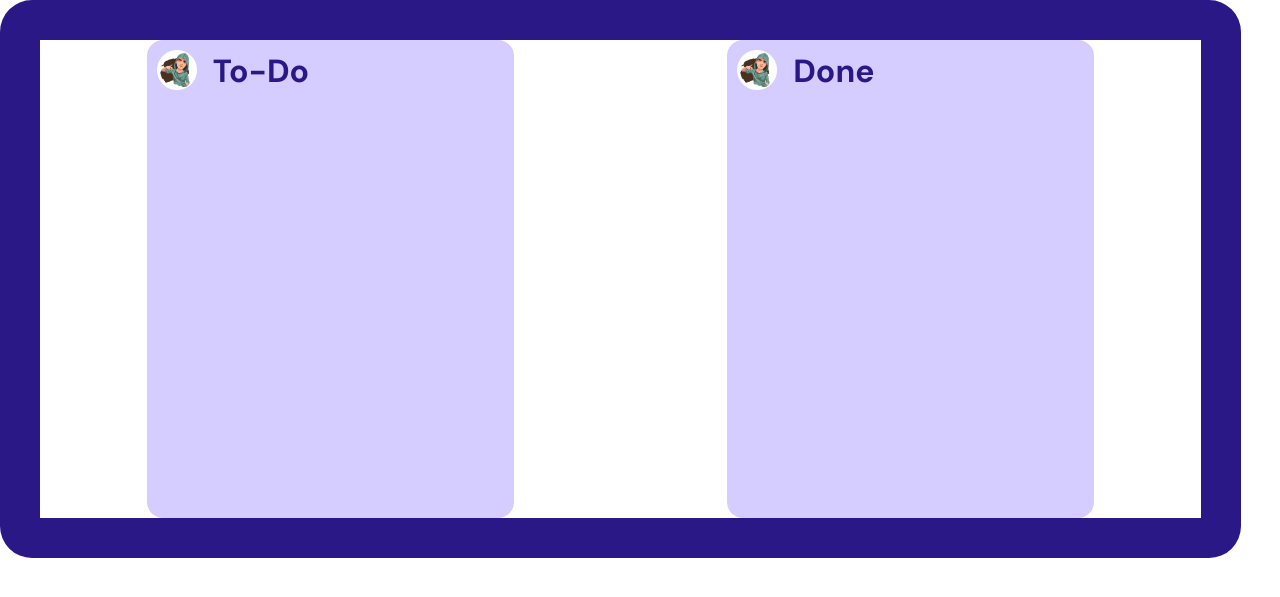
Repository: VitasYo/Kanban
Page: index.html
The author's editor kept a copy of each file at every save. The page is drawn from the files as they stood at one save, then again after the next save.
The browser window is 1280 px wide. The pictures show the whole page.

Above is the page before, as saved 2024-04-14 22:54:24.

### index.html
<!DOCTYPE html>
<html lang="en">
<head>
  <meta charset="UTF-8">
  <meta name="viewport" content="width=device-width, initial-scale=1.0">
  <link rel="stylesheet" href="./src/assets/css/index.css">
  <title>To-Do-List-Kanban</title>
</head>
<body>
  <main class="kanban">
    <section class="kanban__column kanban__column--to-do">
      <div class="kanban__title_and_icon">
        <img height=40 width=40 src="src/assets/img/Avatar.jpg" alt="Аватар">
        <h2 class="kanban__title">To-Do</h2>
      </div>

    </section>

    <section class="kanban__column kanban__column--done">
      <div class="kanban__title_and_icon">
        <img height=40 width=40 src="src/assets/img/Avatar.jpg" alt="Аватар">
        <h2 class="kanban__title">Done</h2>
      </div>
    </section>
  </main>
  </body>
<script src="./src/assets/js/index.js"></script>
</html>

### src/assets/css/index.css
@import url('https://fonts.googleapis.com/css2?family=DM+Sans:opsz,wght@9..40,100;9..40,200;9..40,300;9..40,400;9..40,500;9..40,600;9..40,700;9..40,800;9..40,900;9..40,1000&display=swap');
@import './component/_kanban.css';
@import './_media.css';



* {
  font-family: 'DM Sans', sans-serif;
}

* {
  box-sizing: border-box;
  margin: 0;
  padding: 0;
}

body {
  font-family: 'Arial', sans-serif;
  background-color: white;
  color: white;
  display: flex;
  flex-direction: column;
  min-height: 100vh;
}


.header__title,
.footer__text {
  margin: 0;
  padding: 10px 0;
}

.container {
  width: 100%;
  padding-right: 15px;
  padding-left: 15px;
  margin-right: auto;
  margin-left: auto;
}

### src/assets/css/component/_kanban.css
.kanban {
    display: flex;
    flex-wrap: wrap;
    justify-content: space-around;
    flex-grow: 1;
    flex: 0 0 100%;
    border-radius: 32px;
    border: 40px solid #2B1887;
    width: 1241px;
}

.kanban__column {
    height: 478px;
    background-color: #D5CCFF;
    border-radius: 16px;
    padding: 10px;

}

.kanban__title {
    color: #2B1887;
    font-size: 32px;
    margin-bottom: 24px;
    padding-left: 16px;
}

.kanban__title_and_icon {
    display: flex;
}

### src/assets/css/_media.css
@media (min-width: 576px) {
    .container {
        max-width: 540px;
    }
}

@media (min-width: 768px) {
    .container {
        max-width: 720px;
    }
}

@media (min-width: 992px) {
    .container {
        max-width: 960px;
    }
}

@media (min-width: 1200px) {
    .container {
        max-width: 1140px;
    }
}

@media (min-width: 1400px) {
    .container {
        max-width: 1320px;
    }
}

@media screen and (min-width: 640px) {
    .kanban__column {
        flex: 0 0 calc(33.333% - 20px);
    }
}

Loaded but not shown: src/assets/js/index.js (no stored copy; drawn as an empty file)

After the next save:
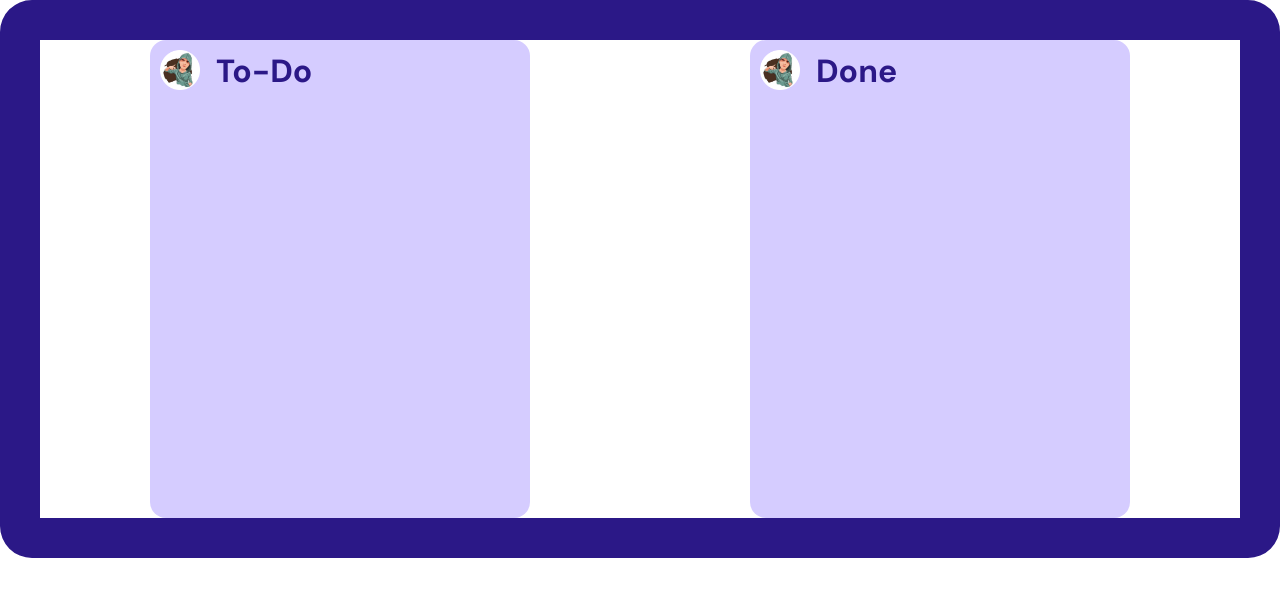
Saved 5 s later.
--- a/src/assets/css/component/_kanban.css
+++ b/src/assets/css/component/_kanban.css
@@ -6,7 +6,6 @@
     flex: 0 0 100%;
     border-radius: 32px;
     border: 40px solid #2B1887;
-    width: 1241px;
 }
 
 .kanban__column {
